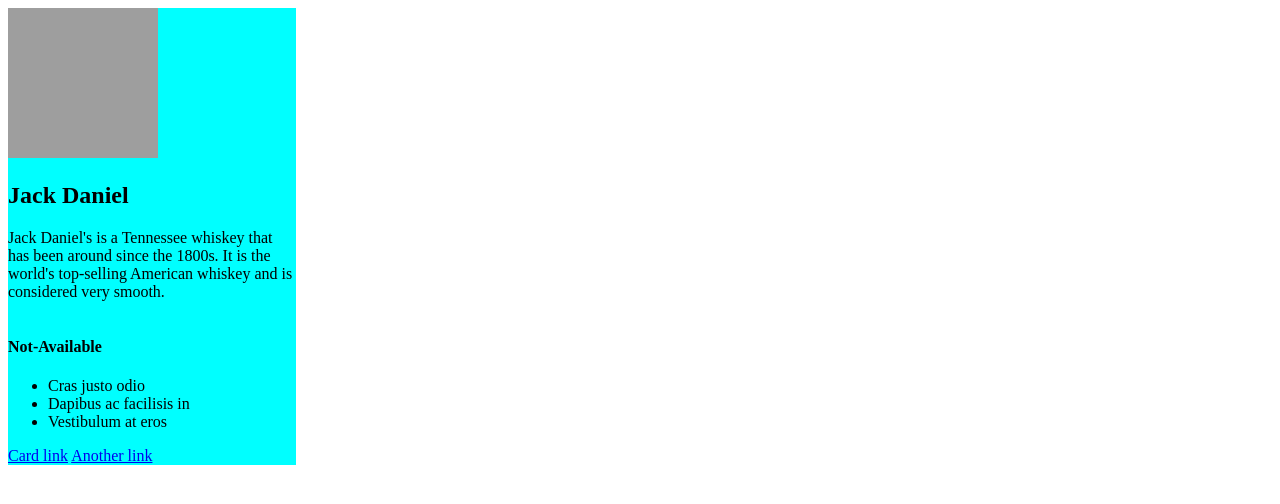
Repository: ZamlZam/REPO-11
Page: product-cards/index.html
The author's editor kept a copy of each file at every save. The page is drawn from the files as they stood at one save, then again after the next save.
The browser window is 1280 px wide. The pictures show the whole page.
Pictures or frames that could not be fetched are drawn as grey boxes.

Above is the page before, as saved 2023-04-12 20:39:44.

After the next save:
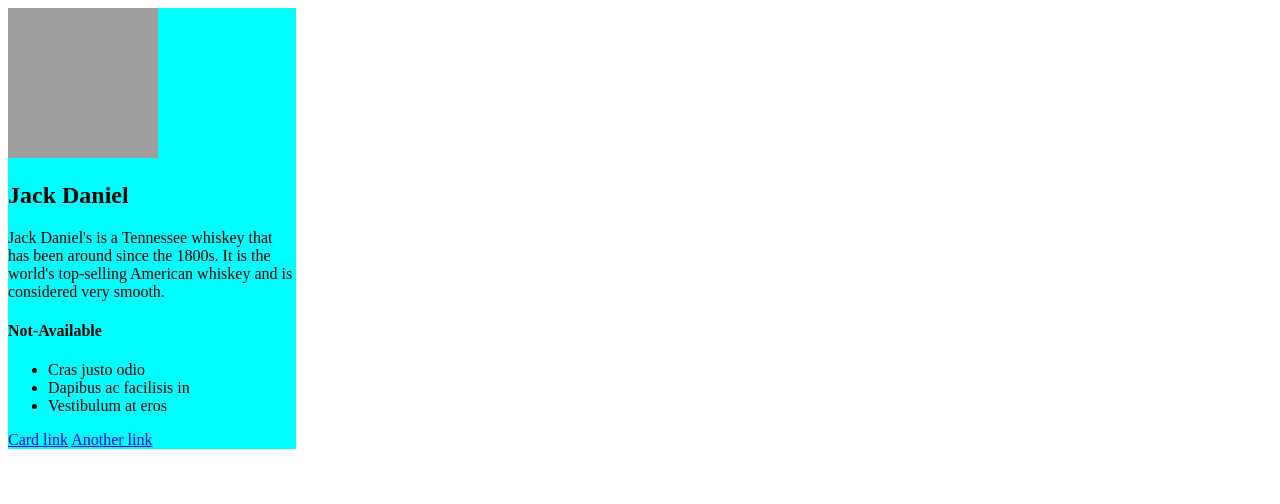
Saved 9 s later.
--- a/product-cards/index.html
+++ b/product-cards/index.html
@@ -14,7 +14,7 @@
       <h2 class="Jack Daniel">Jack Daniel</h2>
       <p class="card-text">Jack Daniel's is a Tennessee whiskey that has been around since the 1800s. It is the world's top-selling American whiskey and is considered very smooth.</p>
     </div>
-    <table align="center"></table>
+    <table align="center">
     <h4 class="Available">Not-Available</h4>
     <ul class="list-group list-group-flush">
       <li class="list-group-item">Cras justo odio</li>
